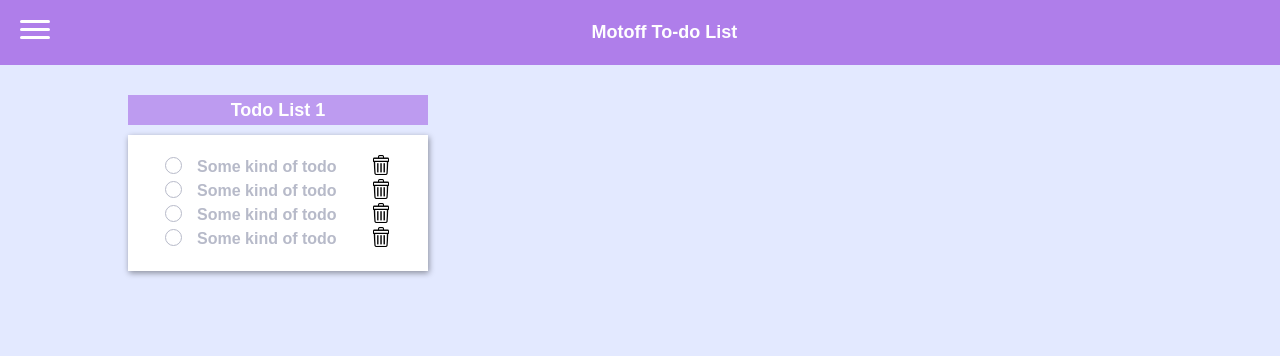
Repository: Amad-Mlinka/Todo-List-Vanilla-JS
Page: index.html
An editor plug-in stored every save of this project. The page is shown before and after the next save, followed by the edit.
The browser window is 1280 px wide. The pictures show the whole page.
The page's requests for data from a server got no answer.

Above is the page before, as saved 2021-09-15 01:18:53.

### index.html
<!DOCTYPE html>
<html lang="en">
  <head>
    <meta charset="UTF-8" />
    <meta http-equiv="X-UA-Compatible" content="IE=edge" />
    <meta name="viewport" content="width=device-width, initial-scale=1.0" />
    <title>ToDo list</title>
    <link rel="stylesheet" href="/styles/style.css" />
    <link rel="stylesheet" href="/styles/hamburger.css" />
    <link rel="stylesheet" href="/styles/header.css" />
    <script src="script.js"></script>
  </head>
  <body>
    <div class="headerContainer">
      <div class="header">
        <div class="hamburger" id="hamburger">
          <span></span>
          <span></span>
          <span></span>
        </div>
        <div class="titleContainer">
          <span class="title">Motoff To-do List</span>
        </div>
      </div>

      <div class="sidebar"></div>
    </div>
    <div class="container">
      <div class="listContainer">
        <div class="listItem">
          <div class="todoHeader">Todo List 1</div>
          <div class="todoData">
            <div class="todoItem">
              <div class="checkDescription">
                <div class="todoCheck"><span class="checkCircle"></span></div>
                <div class="todoDescription">
                  <span class="todoText">Some kind of todo</span>
                </div>
              </div>

              <div class="todoDelete">
                <div class="deleteIconContainer">
                  <img
                    class="deleteIcon"
                    src="/public/images/trash.png"
                    alt=""
                  />
                </div>
                <div class="deleteTooltip"></div>
              </div>
            </div>
            <div class="todoItem">
                <div class="checkDescription">
                  <div class="todoCheck"><span class="checkCircle"></span></div>
                  <div class="todoDescription">
                    <span class="todoText">Some kind of todo</span>
                  </div>
                </div>

                <div class="todoDelete">
                  <div class="deleteIconContainer">
                    <img
                      class="deleteIcon"
                      src="/public/images/trash.png"
                      alt=""
                    />
                  </div>
                  <div class="deleteTooltip"></div>
                </div>
              </div>
              <div class="todoItem">
                <div class="checkDescription">
                  <div class="todoCheck"><span class="checkCircle"></span></div>
                  <div class="todoDescription">
                    <span class="todoText">Some kind of todo</span>
                  </div>
                </div>

                <div class="todoDelete">
                  <div class="deleteIconContainer">
                    <img
                      class="deleteIcon"
                      src="/public/images/trash.png"
                      alt=""
                    />
                  </div>
                  <div class="deleteTooltip"></div>
                </div>
              </div>
              <div class="todoItem">
                <div class="checkDescription">
                  <div class="todoCheck"><span class="checkCircle"></span></div>
                  <div class="todoDescription">
                    <span class="todoText">Some kind of todo</span>
                  </div>
                </div>

                <div class="todoDelete">
                  <div class="deleteIconContainer">
                    <img
                      class="deleteIcon"
                      src="/public/images/trash.png"
                      alt=""
                    />
                  </div>
                  <div class="deleteTooltip"></div>
                </div>
              </div>
          </div>
        </div>
        <div class="addBtnContainer">
          <div class="addTaskBtn"></div>
        </div>
      </div>
    </div>
  </body>
</html>

### styles/style.css
* {
  padding: 0;
  margin: 0;
}

body {
  background-color: rgb(227, 233, 255);
}
.container {
  display: flex;
  flex-direction: column;
  width: 80%;
  margin: auto;
}
.listContainer {
  width: 100%;
  display: flex;
  flex-direction: row;
  flex-wrap: wrap;
  justify-content: flex-start;
}
.listItem {
  display: flex;
  flex-direction: column;
  width: 300px;
  margin-top: 30px;
}
.todoHeader {
  width: 100%;
  display: flex;
  justify-content: center;
  align-items: center;
  height: 30px;
  background: #af7eeab9;
  font-family: sans-serif;
  font-size: 18px;
  font-weight: bolder;
  color: white;
  margin-bottom: 10px;
}
.todoData {
  display: flex;
  flex-direction: column;
  background: #fff;
  padding: 20px;
  box-shadow: 1px 2px 6px 0px rgb(0 0 0 / 40%);
  -webkit-box-shadow: 1px 2px 6px 0px rgb(0 0 0 / 40%);
  -moz-box-shadow: 1px 2px 6px 0px rgb(0 0 0 / 40%);
}
.todoItem {
  display: flex;
  width: 100%;
  justify-content: space-around;
}
.checkDescription {
  width: 66%;
  display: flex;
  align-items: center;
}
.todoCheck {
  margin-right: 15px;
}

.deleteIcon {
  width: 20px;
  color: #b7bac9;
}
.checkCircle {
  height: 15px;
  width: 15px;
  background-color: transparent;
  border: 1px solid #b7bac9;
  border-radius: 50%;
  display: inline-block;
}
.todoDescription {
  font-family: sans-serif;
  font-size: 16px;
  font-weight: bolder;
  color: #b7bac9;
}

### styles/hamburger.css

  .hamburger {
    width: 30px;
    height: 25px;
    position: relative;
    -webkit-transform: rotate(0deg);
    -moz-transform: rotate(0deg);
    -o-transform: rotate(0deg);
    transform: rotate(0deg);
    -webkit-transition: 0.5s ease-in-out;
    -moz-transition: 0.5s ease-in-out;
    -o-transition: 0.5s ease-in-out;
    transition: 0.5s ease-in-out;
    cursor: pointer;
    margin: 10px;
  }

  .hamburger span {
    position: absolute;
    height: 3px;
    width: 30px;
    background: white;
    border-radius: 10px;
    opacity: 1;
    left: 0;
    -webkit-transform: rotate(0deg);
    -moz-transform: rotate(0deg);
    -o-transform: rotate(0deg);
    transform: rotate(0deg);
    -webkit-transition: 0.25s ease-in-out;
    -moz-transition: 0.25s ease-in-out;
    -o-transition: 0.25s ease-in-out;
    transition: 0.25s ease-in-out;
  }


  .hamburger span:nth-child(1) {
  top: 0px;
  -webkit-transform-origin: left center;
  -moz-transform-origin: left center;
  -o-transform-origin: left center;
  transform-origin: left center;
  }

  .hamburger span:nth-child(2) {
  top: 8px;
  -webkit-transform-origin: left center;
  -moz-transform-origin: left center;
  -o-transform-origin: left center;
  transform-origin: left center;
  }

  .hamburger span:nth-child(3) {
  top: 16px;
  -webkit-transform-origin: left center;
  -moz-transform-origin: left center;
  -o-transform-origin: left center;
  transform-origin: left center;
  }

  .hamburger.open span:nth-child(1) {
  -webkit-transform: rotate(45deg);
  -moz-transform: rotate(45deg);
  -o-transform: rotate(45deg);
  transform: rotate(45deg);
  top: -3px;
  left: 4px;
  }

  .hamburger.open span:nth-child(2) {
  width: 0%;
  opacity: 0;
  }

  .hamburger.open span:nth-child(3) {
  -webkit-transform: rotate(-45deg);
  -moz-transform: rotate(-45deg);
  -o-transform: rotate(-45deg);
  transform: rotate(-45deg);
  top: 18px;
  left: 4px;
  }

### styles/header.css
.header{
    display: flex;
    flex-direction: row;
    justify-content:space-between;
    background-color:#af7eea;
    padding: 10px;
}
.titleContainer{
    width: 100%;
    display: flex;
}
.title{
    color: white;
    margin: auto;
    font-family: sans-serif;
    font-size:18px;
    font-weight: bolder;
}

### script.js
var getTodos = async () => {
    var res = await fetch("https://jsonplaceholder.typicode.com/todos");
    var todosFull = await res.json();
    var todos=todosFull.slice(0, 20);
    console.log("Todos loaded")
    return todos;
}

document.addEventListener("DOMContentLoaded", async function () {
    const hamburger = document.getElementById("hamburger");
    hamburger.addEventListener("click", function () {
        if (this.classList.contains("open")) {
            this.classList.remove("open")
        } else {
            this.classList.add("open")
        }

    })
    console.log("Hamburger loaded");
    todos = await getTodos();





});

After the next save:
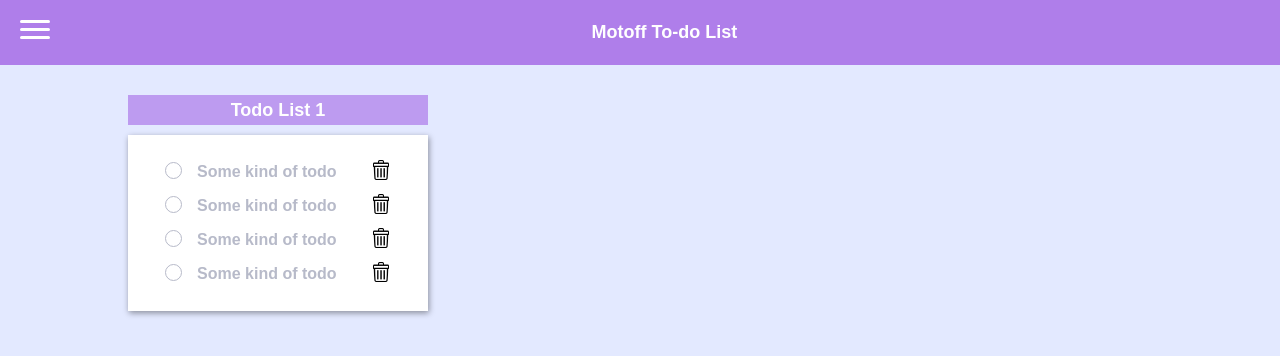
Saved 11 s later.
--- a/styles/style.css
+++ b/styles/style.css
@@ -51,6 +51,7 @@ body {
   display: flex;
   width: 100%;
   justify-content: space-around;
+  margin: 5px 0;
 }
 .checkDescription {
   width: 66%;
